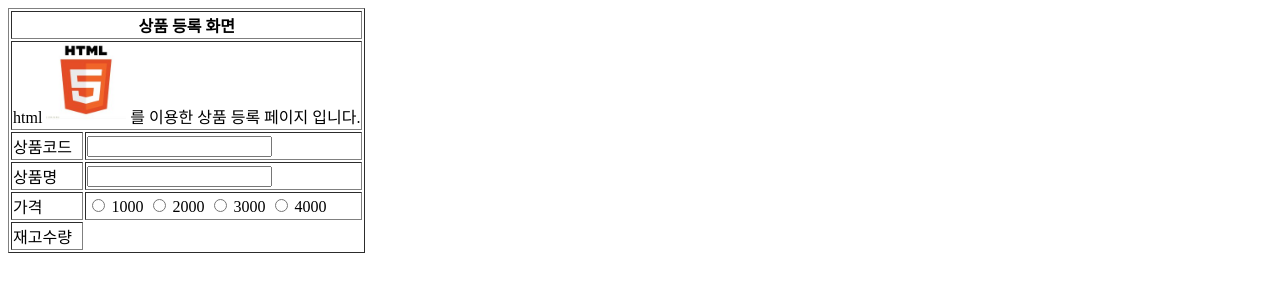
Repository: younseochoi/AI_PLATFORM
Page: my_code/03_web/html/src/main/webapp/pdt_registration.html
These files come from the project's save history. The page is drawn as it stood at one moment and after the next save; the edit follows.
The browser window is 1280 px wide. The pictures show the whole page.

Above is the page before, as saved 2022-07-22 05:50:25.

After the next save:
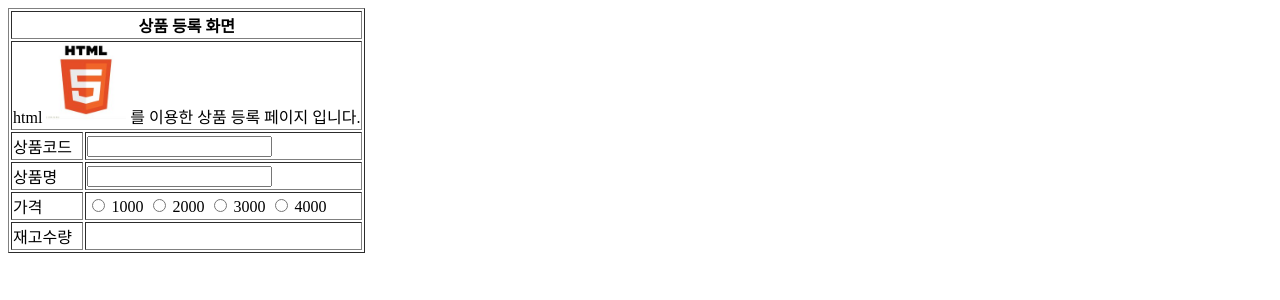
Saved 7 s later.
--- a/my_code/03_web/html/src/main/webapp/pdt_registration.html
+++ b/my_code/03_web/html/src/main/webapp/pdt_registration.html
@@ -22,7 +22,7 @@
 			<input type=radio name ="price" value="4000"> 4000
 		</td>
 	</tr>
-	<tr><td>재고수량</td></tr>
+	<tr><td>재고수량</td><td></td></tr>
 </table>
 </body>
 </html>
